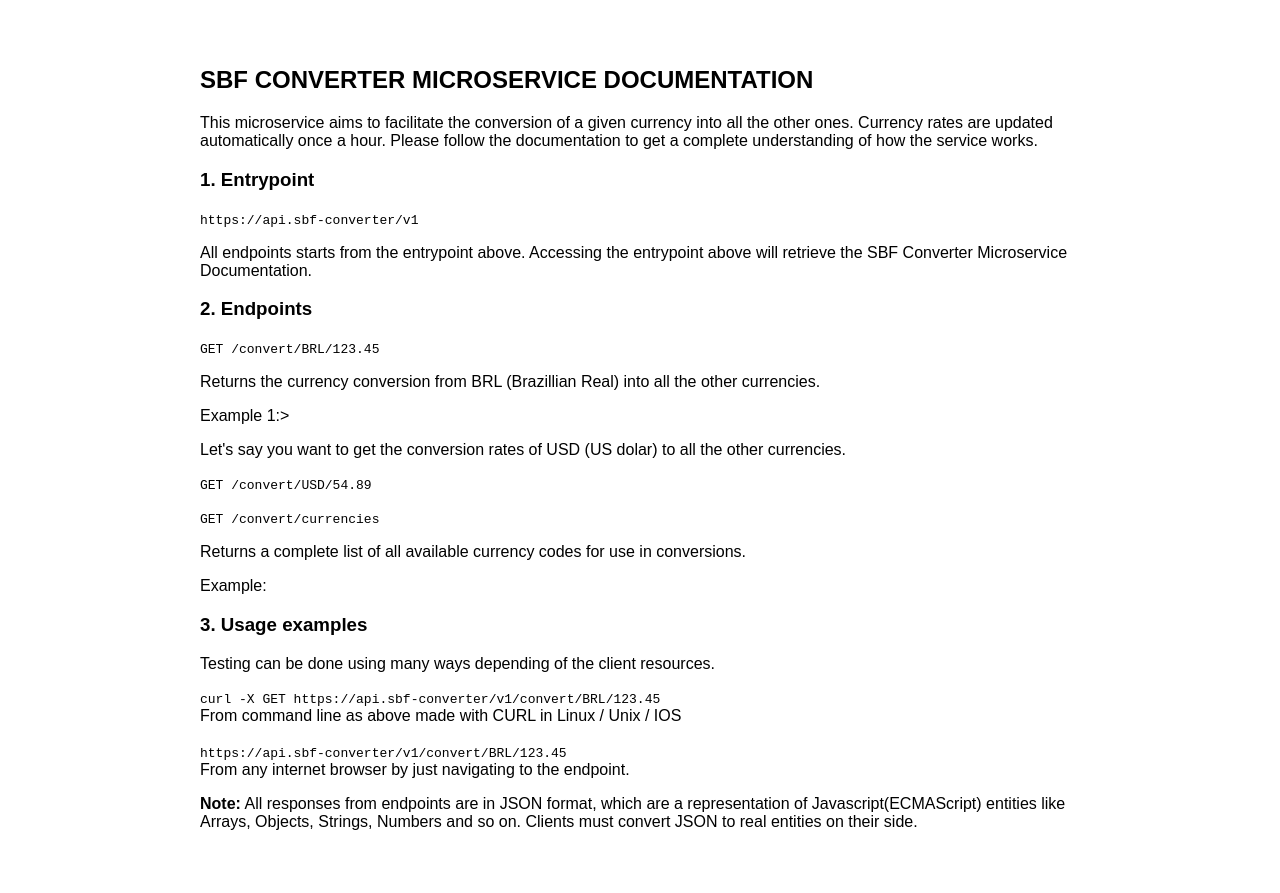
Repository: miguelamello/nestjs-restful-api
Page: documentation.html
The author's editor kept a copy of each file at every save. The page is drawn from the files as they stood at one save, then again after a run of saves.
The browser window is 1280 px wide. The pictures show the whole page.

Above is the page before, as saved 2023-03-21 22:32:54.

### documentation.html
<!DOCTYPE html>
<html lang="en">
<head>
  <meta charset="UTF-8">
  <meta http-equiv="X-UA-Compatible" content="IE=edge">
  <meta name="viewport" content="width=device-width, initial-scale=1.0">
  <title>SBF Converter Documentation</title>
  <style>
    body {
      font-family: Arial, Helvetica, sans-serif;
      padding: 3% 15%;
    }
  </style>
</head>
<body>
  <h2>SBF CONVERTER MICROSERVICE DOCUMENTATION</h2>
  <p>
    This microservice aims to facilitate the conversion of a given currency
    into all the other ones. Currency rates are updated automatically once a hour.
    Please follow the documentation to get a complete understanding of how the service works.
  </p>

  <h3>1. Entrypoint</h3>
  <code>https://api.sbf-converter/v1</code>
  <p>
    All endpoints starts from the entrypoint above. Accessing the entrypoint
    above will retrieve the SBF Converter Microservice Documentation.
  </p>

  <h3>2. Endpoints</h3>
  <p>
    <code>GET /convert/BRL/123.45</code>
    <div>Returns the currency conversion from BRL (Brazillian Real) into all the other currencies.</div>

    <p>Example 1:></p>
    Let's say you want to get the conversion rates of USD (US dolar) to all the other currencies.</p>
    <code>GET /convert/USD/54.89</code>
  </p>

  <p>
    <code>GET /convert/currencies</code>
    <div>Returns a complete list of all available currency codes for use in conversions.</div>

    <p>Example:</p>
  </p>

  <h3>3. Usage examples</h3>

  <p>Testing can be done using many ways depending of the client resources.</p>

  <code>curl -X GET https://api.sbf-converter/v1/convert/BRL/123.45</code>
  <div>From command line as above made with CURL in Linux / Unix / IOS</div>
  <br>
  <code>https://api.sbf-converter/v1/convert/BRL/123.45</code>
  <div>From any internet browser by just navigating to the endpoint.</div>

  <p>
    <b>Note:</b> All responses from endpoints are in JSON format, which are a
    representation of Javascript(ECMAScript) entities like Arrays, Objects,
    Strings, Numbers and so on. Clients must convert JSON to real entities
    on their side.
  </p>

</body>
</html>

After the next 3 saves:
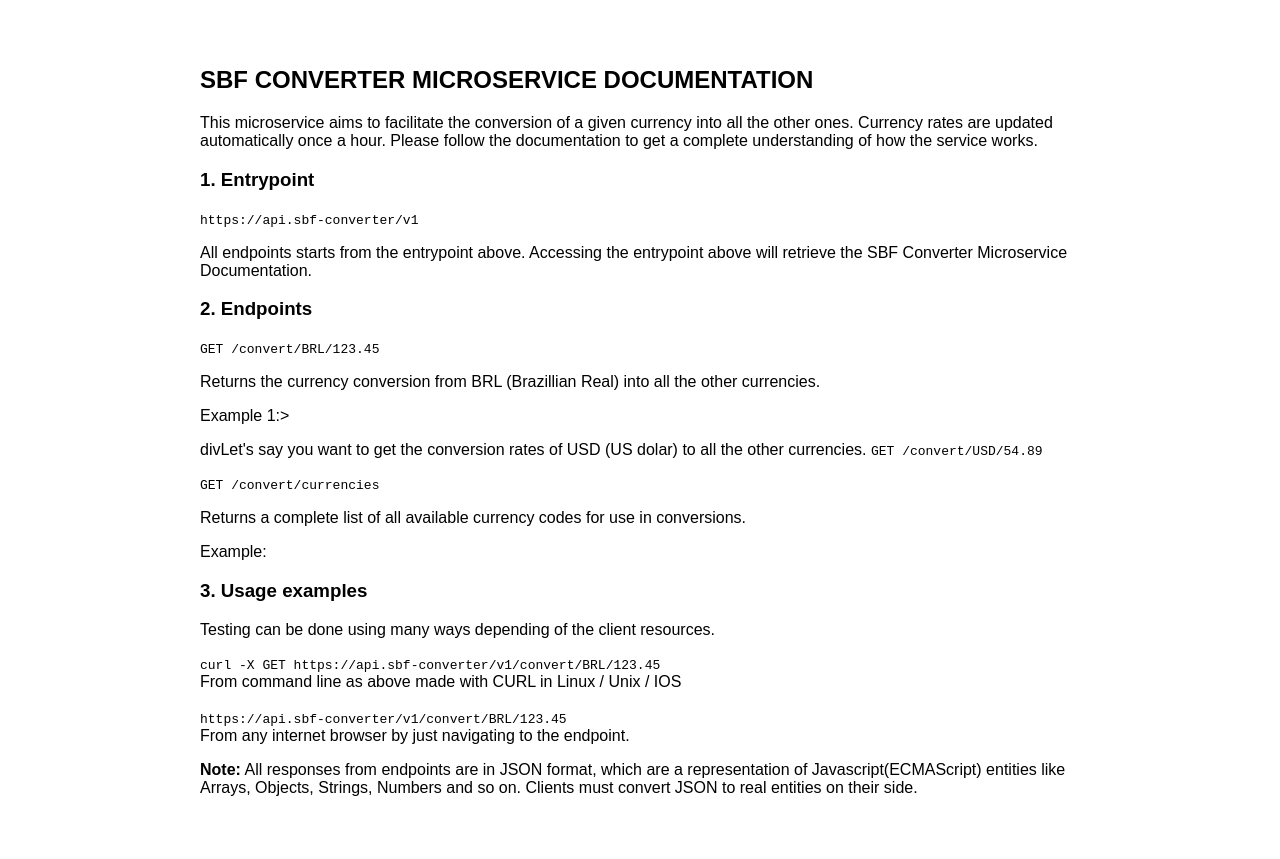
The 3 saves are shown as one change because they came seconds apart.
The last was saved 10 s later.
--- a/documentation.html
+++ b/documentation.html
@@ -33,7 +33,7 @@
     <div>Returns the currency conversion from BRL (Brazillian Real) into all the other currencies.</div>
 
     <p>Example 1:></p>
-    Let's say you want to get the conversion rates of USD (US dolar) to all the other currencies.</p>
+    divLet's say you want to get the conversion rates of USD (US dolar) to all the other currencies.
     <code>GET /convert/USD/54.89</code>
   </p>
 
